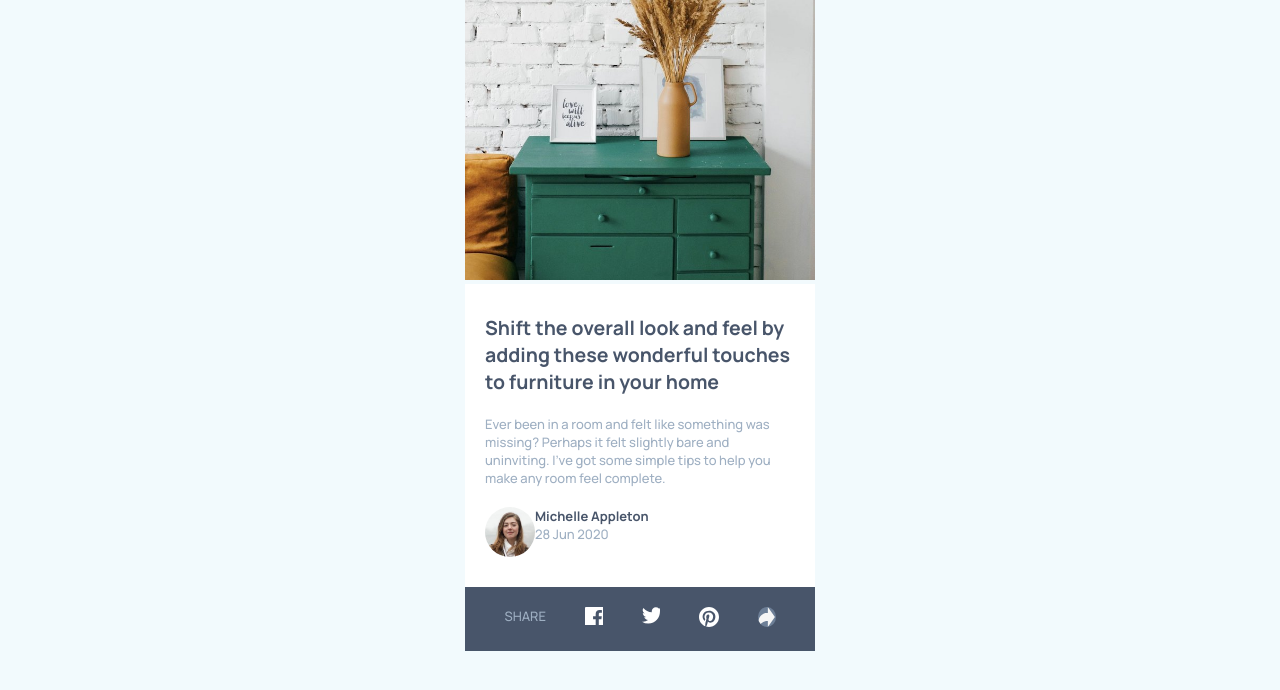
Repository: ellenliao95/frontend-mentor-solution
Page: article-preview-component-master/index.html
An editor plug-in stored every save of this project. The page is shown before and after the next save, followed by the edit.
The browser window is 1280 px wide. The pictures show the whole page.

Above is the page before, as saved 2023-03-18 09:13:24.

### article-preview-component-master/index.html
<!DOCTYPE html>
<html lang="en">
<head>
  <meta charset="UTF-8">
  <meta name="viewport" content="width=device-width, initial-scale=1.0"> <!-- displays site properly based on user's device -->

<!-- fonts style -->
  <link rel="preconnect" href="https://fonts.googleapis.com">
  <link rel="preconnect" href="https://fonts.gstatic.com" crossorigin>
  <link href="https://fonts.googleapis.com/css2?family=Manrope:wght@500;700&display=swap" rel="stylesheet">

  <link rel="icon" type="image/png" sizes="32x32" href="./images/favicon-32x32.png">

  <title>Frontend Mentor | Article preview component</title>

  <link rel="stylesheet" href="index.css">
</head>
<body>
  <article>
    <picture>
      <source media="(min-width: 375px)" srcset="images/drawers.jpg">
      <img src="images/drawers.jpg" alt="" class="drawers-img">
    </picture>
  </article>

  <article class="container">
    <div>
      <h2>
        Shift the overall look and feel by adding these wonderful
        touches to furniture in your home
      </h2>
      <p>
        Ever been in a room and felt like something was missing? Perhaps it felt slightly bare and uninviting. I’ve got some simple tips to help you make any room feel complete.
      </p>
    </div>

    <div class="head-card">
      <img src="images/avatar-michelle.jpg" alt="me" class="head-img">
      <ul id="head-text">
        <li id="name">Michelle Appleton</li>
        <li>28 Jun 2020</li>
      </ul>

    </div>
  </article>
  <div class="share-dtl">
    <p>SHARE</p>
    <a href="#">
      <img src="images/icon-facebook.svg" alt="icon facebook ">
    </a>
    <a href="#">
      <img src="images/icon-twitter.svg" alt="icon twitter">
    </a>
    <a href="#">
      <img src="images/icon-pinterest.svg" alt="icon-pinterest">
    </a>
    <img
      src="images/icon-share.svg" alt="icon share" class="share-icon"
    >
  </div>
</body>
</html>

### article-preview-component-master/index.css
.attribution {
    font-size: 11px; text-align: center;
}
.attribution a {
    color: hsl(228, 45%, 44%);
}

*{
    box-sizing: border-box;
    margin: 0%;
    padding: 0%;


}
body{
    min-height: 100vh;
    background: rgba(235, 248, 252, 0.625);
    Font-size: 13px;
    font-family: 'Manrope', sans-serif;
    width: 350px;
    align-items: center;
    margin: 0 auto;
}
ul{
    list-style: none;
}
h2, #name{
    color: hsl(217, 19%, 35%);
    font-weight: 700;
}
p, li{
    color: hsl(212, 23%, 69%);
    font-weight: 500;
}
.drawers-img{
    max-width: 100%;
}
.container{
    background-color: white;
    padding: 30px 20px;
}
.container p{
    margin: 20px 0;
}

/* head care */
.head-card{
    display: flex;
}
.head-img{
    border-radius: 50%;
    width: 50px;
}

.share-icon{
 width: 18px;
 height: 20px;
 background: hsl(214, 17%, 51%);
 border-radius: 50%;
 /*
 Q:
 padding 是往內推，造成箭頭空間壓縮甚至壓到看不見。
 該怎麼把箭頭懸浮在背景上面，互不影響？
 */
}
.share-dtl{
    background: hsl(217, 19%, 35%);
    display: flex;
    justify-content: space-around;
    padding: 20px;

}
.share-dtl p{

}

### article-preview-component-master/images/icon-share.svg
<svg xmlns="http://www.w3.org/2000/svg" width="16" height="13"><path fill="whitesmoke" d="M15 6.495L8.766.014V3.88H7.441C3.33 3.88 0 7.039 0 10.936v2.049l.589-.612C2.59 10.294 5.422 9.11 8.39 9.11h.375v3.867L15 6.495z"/></svg>

After the next save:
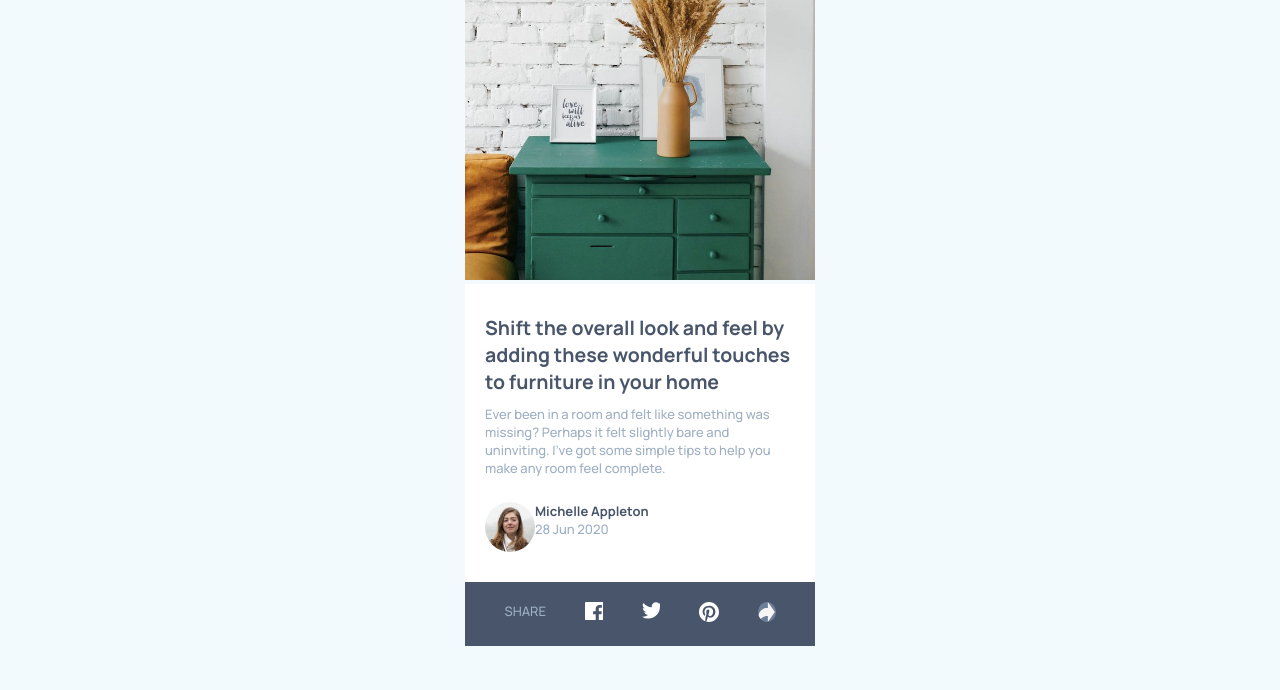
Saved 26 s later.
--- a/article-preview-component-master/index.css
+++ b/article-preview-component-master/index.css
@@ -40,7 +40,7 @@
     padding: 30px 20px;
 }
 .container p{
-    margin: 20px 0;
+    margin: 10px 0 25px 0;
 }
 
 /* head care */
